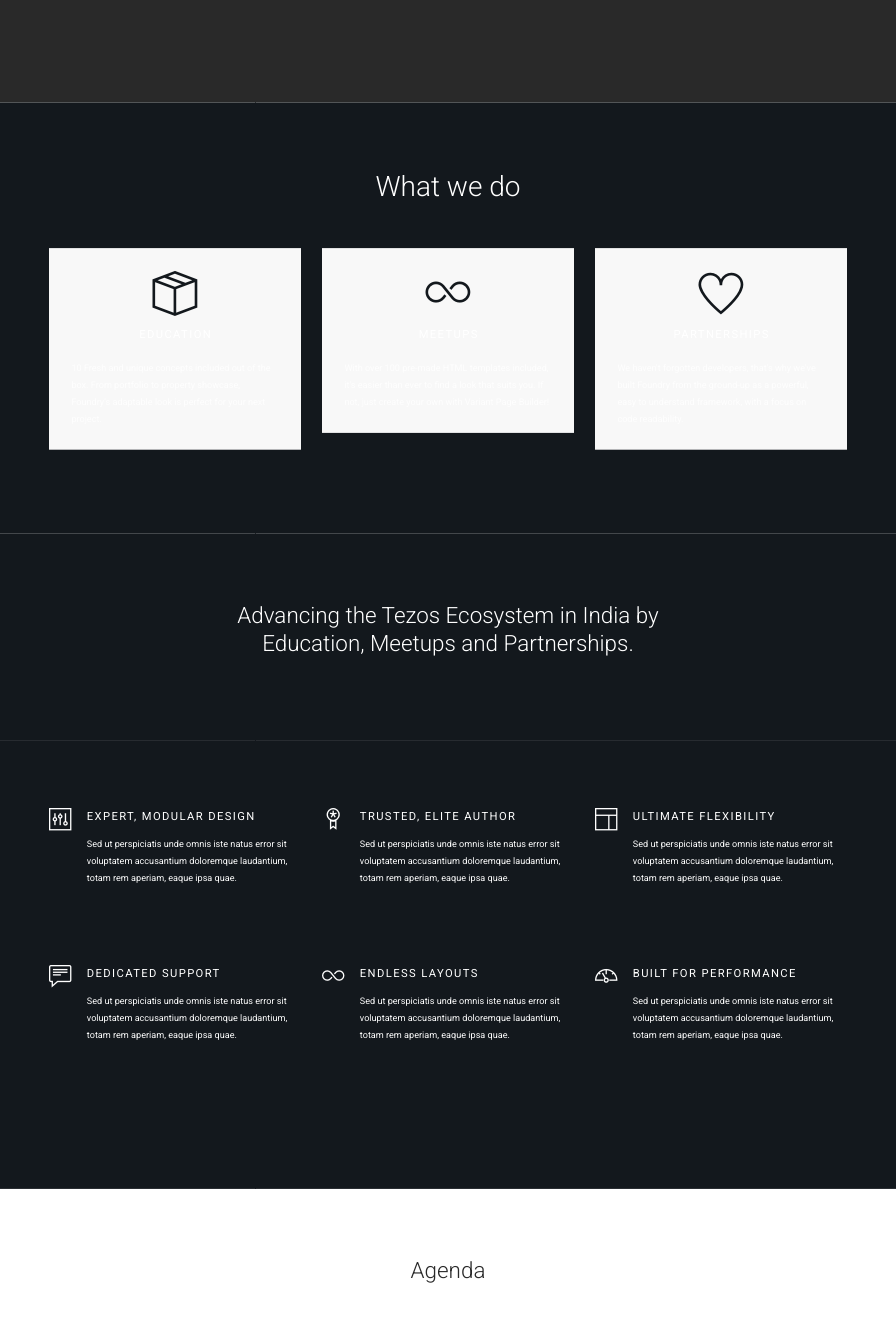
Repository: Tezos-India-Foundation/TIF-Website
Page: Tezos India Website/page.html
An editor plug-in stored every save of this project. The page is shown before and after the next save, followed by the edit.
The browser window is 1280 px wide. The pictures show the part of the page from y = 918 to 2838 px (the page is 5097 px tall before and 4481 px after), at 70% of full size.
A picture or video elsewhere on the page could not be fetched, so the positions and the page height are approximate.

Above is the page before, as saved 2019-08-13 04:15:02.

After the next save:
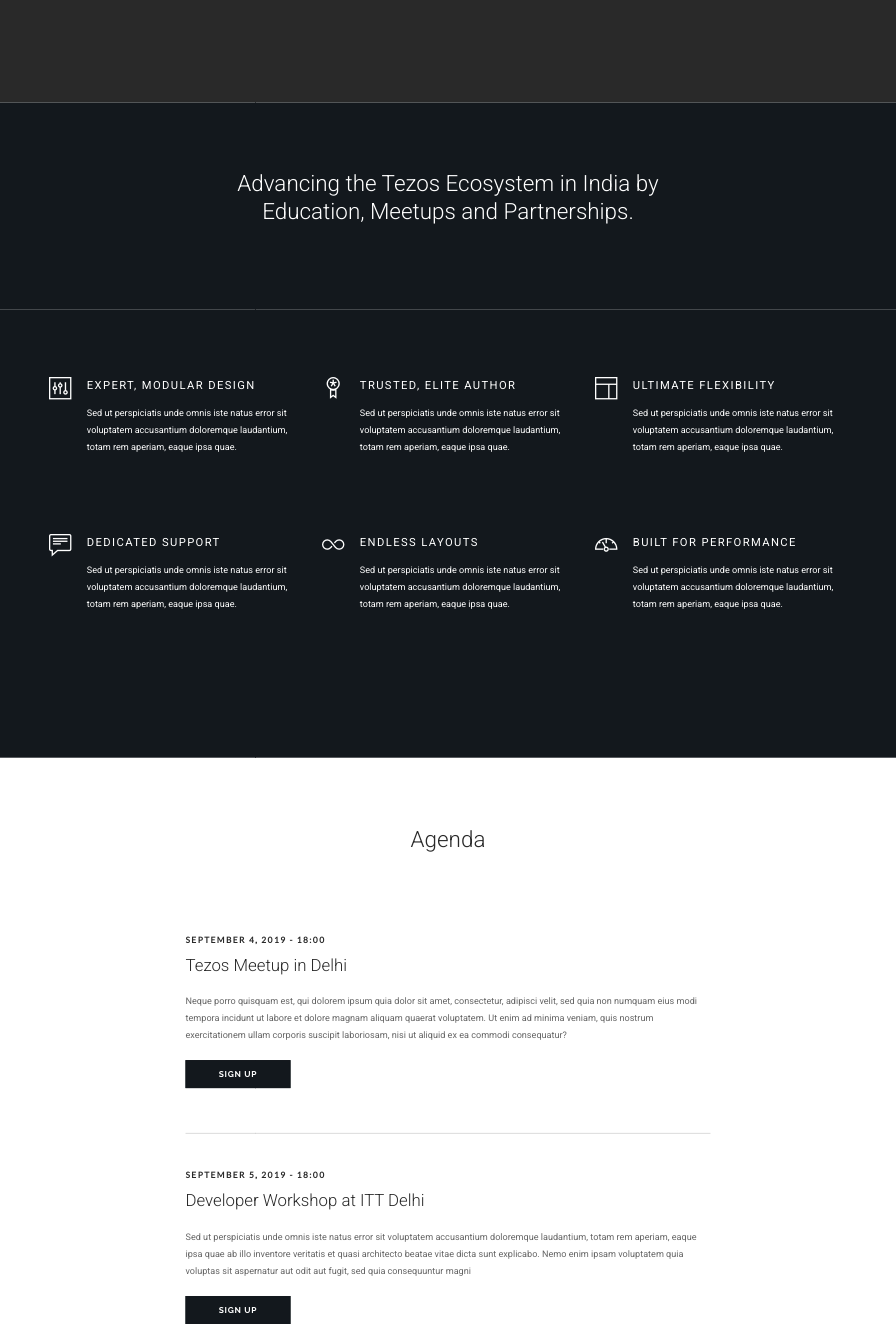
Saved 15 s later.
--- a/Tezos India Website/page.html
+++ b/Tezos India Website/page.html
@@ -125,59 +125,6 @@
 			</div>
 
 		</section>
-	</section><section class="bg-primary">
-
-		<div class="container">
-			<div class="row">
-				<div class="col-sm-12 text-center">
-					<h2 class="mb16">What we do</h2>
-					<p class="lead mb64">
-
-					</p>
-				</div>
-			</div>
-			<!--end of row-->
-			<div class="row">
-				<div class="col-sm-4">
-					<div class="feature feature-1 boxed">
-						<div class="text-center">
-							<i class="ti-package icon"></i>
-							<h5 class="uppercase">Education</h5>
-						</div>
-						<p>
-							10 Fresh and unique concepts included out of the box. From portfolio to property showcase, Foundry's adaptable look is perfect for your next project.
-						</p>
-					</div>
-					<!--end of feature-->
-				</div>
-				<div class="col-sm-4">
-					<div class="feature feature-1 boxed">
-						<div class="text-center">
-							<i class="ti-infinite icon"></i>
-							<h5 class="uppercase">Meetups</h5>
-						</div>
-						<p>
-							With over 100 pre-made HTML templates included, it's easier than ever to find a look that suits you. If not, just create your own with Variant Page Builder!
-						</p>
-					</div>
-					<!--end of feature-->
-				</div>
-				<div class="col-sm-4">
-					<div class="feature feature-1 boxed">
-						<div class="text-center">
-							<i class="ti-heart icon"></i>
-							<h5 class="uppercase">Partnerships</h5>
-						</div>
-						<p>
-							We haven't forgotten developers, that's why we've built Foundry from the ground-up as a powerful, easy to understand framework, with a focus on code readability.
-						</p>
-					</div>
-					<!--end of feature-->
-				</div>
-			</div>
-			<!--end of row-->
-		</div>
-		<!--end of container-->
 	</section>
 	<section class="bg-primary">
 		<div class="container">
